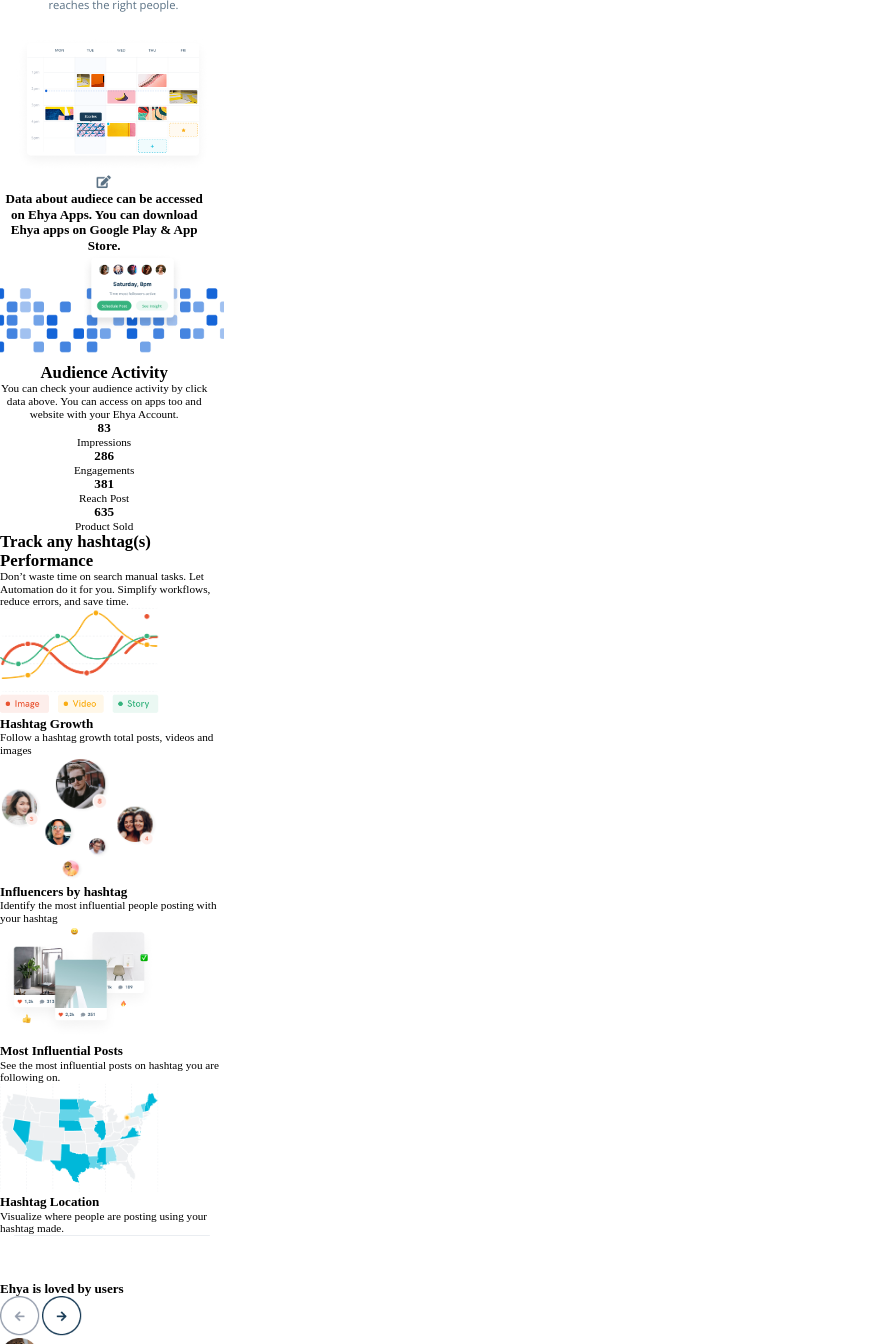
Repository: Eduardo-Tamborelli-Ferreira-lino/FrontEnd
Page: projetos/Prova-CSS/index.html
The author's editor kept a copy of each file at every save. The page is drawn from the files as they stood at one save, then again after the next save.
The browser window is 1280 px wide. The pictures show the part of the page from y = 1859 to 3779 px (the page is 5160 px tall before and 5162 px after), at 70% of full size.

Above is the page before, as saved 2026-03-12 14:10:42.

### projetos/Prova-CSS/index.html
<!DOCTYPE html>
<html lang="en">

<head>
    <meta charset="UTF-8">
    <meta name="viewport" content="width=device-width, initial-scale=1.0">
    <link rel="stylesheet" href="style.css">
    <title>Ehya</title>
</head>

<body>
    <div id="background-start"></div>

    <!-- Construção do Header Para o Desktop e Mobile -->
    <header class="container">
        <div class="logo">
            <img src="./Image/Header/Logo.png" alt="Website brand logo">
        </div>
        <div id="menu-mobile">
            <img src="./Image/Header/Menu_hamburger.png" alt="Hamburger menu for website actions. ">
        </div>
        <div id="menu-desktop">
            <nav>
                <ul>
                    <li><a href="#">Home</a></li>
                    <li><a href="#">Landings</a></li>
                    <li><a href="#">Pages</a></li>
                    <li><a href="#">Docs</a></li>
                    <li><a href="#">Help</a></li>
                    <li><a href="#">Get it now</a></li>
                </ul>
            </nav>
        </div>

    </header>


    <main>

        <section id="hero">

            <div id="hero-content" , class="container">
                <div id="hero-title">
                    <h1>
                        Track Instagram
                        Business Performance
                    </h1>
                </div>
                <div id="hero-subtitle">
                    <p>
                        Ehya is the Instagram analytics platform teams use to stay focused on the goals, track
                        engagement for report your business .
                    </p>
                </div>
                <div id="hero-button">
                    <a href="#">Get 14-Days Trial</a>
                </div>
                <div id="Dashboard">
                    <img src="./Image/Main/Dashboard/Dashboard.png"
                        alt="Dashboard to the Most Imports Information on Brand">
                </div>
            </div>

        </section>

        <section id="partners" , class="container">

            <div id="all-partners">
                <div class="partners-image">
                    <div id="Slack">
                        <img src="./Image/Main/Brands/Slack.png" alt="Image of Partner Slack">
                    </div>
                </div>
                <div class="partners-image">
                    <div id="Netflix">
                        <img src="./Image/Main/Brands/Netflix.png" alt="Image of Partner Netflix">
                    </div>
                </div>
                <div class="partners-image">
                    <div id="Google">
                        <img src="./Image/Main/Brands/Google.png" alt="Image of Partner Google">
                    </div>
                </div>
                <div class="partners-image">
                    <div id="Airbnb">
                        <img src="./Image/Main/Brands/Airbnb.png" alt="Image of Partner Airbnb">
                    </div>
                </div>
                <div class="partners-image">
                    <div id="Uber">
                        <img src="./Image/Main/Brands/Uber.png" alt="Image of Partner Uber">
                    </div>
                </div>




            </div>

        </section>

        <div class="line-divider"></div>

        <section id="main-content" , class="container">

            <div id="Feature">

                <div id="impressions">
                    <div id="impressions-title">
                        <h2>
                            Measure Impressions
                            and Reach Post
                        </h2>
                    </div>
                    <div id="impressions-subtitle">
                        <p>
                            Graphs displaying your performance
                            for metrics like follower
                            evolution, average engagement rate
                            per post and reach
                            and impressions to give you the
                            insights.
                        </p>
                    </div>
                    <div id="impressions-button">
                        <a href="#">Learn More</a>
                        <img src="./Image/Main/Icons/Icon_Arrow.png"
                            alt="Arrow to indicate that the button leads to another page. ">
                    </div>
                    <div id="impressions-graph">
                        <img src="./Image/Main/Graph/Graph.png"
                            alt="Graph of Impressions and Reach History of the Brand">
                    </div>
                </div>

                <div id="schedule">

                    <div id="schedule-title">
                        <h2>
                            Schedule Your Post
                            Whenever You Want
                        </h2>
                    </div>
                    <div id="schedule-subtitle">
                        <p>
                            Publish your content automatically. Built-in features, such as Best Time to Post,
                            Geolocation, User Tag, and more, ensure that your content reaches the right people.
                        </p>
                    </div>
                    <div id="schedule-graph">
                        <img src="./Image/Main/Graph/Week_Graph .png" alt="Graph of week's agenda">
                    </div>
                    <div id="line-divider-schedule"></div>
                    <div id="schedule-help">
                        <img src="./Image/Main/Icons/Icon_pencil.png" alt="icon to indicate editing">
                        <h3>
                            Data about audiece can be accessed on Ehya Apps.
                            You can download Ehya apps on Google Play & App Store.
                        </h3>
                    </div>

                </div>

            </div>

            <div id="audience">

                <div id="audience-image">
                    <img src="./Image/Main/Graph/follows_Graph .png" alt="Audience Viewing Image">
                </div>

                <div id="audience-title">
                    <h2>
                        Audience Activity
                    </h2>
                </div>

                <div id="audience-subtitle">
                    <p>
                        You can check your audience activity by click data above.
                        You can access on apps too and website with your Ehya Account.
                    </p>
                </div>

                <div id="audience-activity">
                    <div class="audience-informations">
                        <h3>
                            83
                        </h3>
                        <p>
                            Impressions
                        </p>
                    </div>
                    <div class="audience-informations">
                        <h3>
                            286
                        </h3>
                        <p>
                            Engagements
                        </p>
                    </div>
                    <div class="audience-informations">
                        <h3>
                            381
                        </h3>
                        <p>
                            Reach Post
                        </p>
                    </div>
                    <div class="audience-informations">
                        <h3>
                            635
                        </h3>
                        <p>
                            Product Sold
                        </p>
                    </div>
                </div>

            </div>

        </section>

        <section id="track-background">

            <section id="track-hashtag" , class="container">

                <div id="track-title">
                    <h2>
                        Track any hashtag(s) Performance
                    </h2>
                </div>
                <div id="track-subtitle">
                    <p>
                        Don’t waste time on search manual tasks. Let Automation do it for you.
                        Simplify workflows, reduce errors, and save time.
                    </p>
                </div>
                <div class="track-card">
                    <div id="card-graph">
                        <img src="./Image/Main/Track-card/Graph-card.png" alt="Graph of hashtag Growth">
                    </div>
                    <div id="Graph-description">
                        <img src="./Image/Main/Track-card/Graph-information.png"
                            alt="Description of each line in the graph">
                    </div>
                    <div class="card-title">
                        <h3>
                            Hashtag Growth
                        </h3>
                    </div>
                    <div class="card-subtitle">
                        <p>
                            Follow a hashtag growth total posts, videos
                            and images
                        </p>
                    </div>
                </div>
                <div class="track-card">
                    <div id="card-image">
                        <img src="./Image/Main/Track-card/Influencers.png" alt="Influencers by hashtag">
                    </div>
                    <div class="card-title">
                        <h3>
                            Influencers by hashtag
                        </h3>
                    </div>
                    <div class="card-subtitle">
                        <p>
                            Identify the most influential people posting with
                            your hashtag
                        </p>
                    </div>
                </div>
                <div class="track-card">
                    <div id="card-posts">
                        <img src="./Image/Main/Track-card/Posts.png" alt="Most Influential Posts">
                    </div>
                    <div class="card-title">
                        <h3>
                            Most Influential Posts
                        </h3>
                    </div>
                    <div class="card-subtitle">
                        <p>
                            See the most influential posts on hashtag you
                            are following on.
                        </p>
                    </div>
                </div>
                <div class="track-card">
                    <div id="card-Map">
                        <img src="./Image/Main/Track-card/Map.png" alt="Map of Hashtag Location">
                    </div>
                    <div class="card-title">
                        <h3>
                            Hashtag Location
                        </h3>
                    </div>
                    <div class="card-subtitle">
                        <p>
                            Visualize where people are posting using your
                            hashtag made.
                        </p>
                    </div>
                </div>
            </section>

            <div class="line-divider"></div>

            <section id="testimonials" , class="container">

                <div id="testimonials-hearder">
                    <div id="testimonials-title">
                        <h3>
                            Ehya is loved by users
                        </h3>
                    </div>
                    <div id="testimonials-arrows">
                        <img src="./Image/Main/testimonials/Button-arrow-left.png"
                            alt="Left Arrom To Move for the last testimonials">
                        <img src="./Image/Main/testimonials/Button-arrow-right.png"
                            alt="Right Arrom To Move for the Next testimonials">
                    </div>
                </div>
                <div id="testimonials-box">
                    <div class="testimonials-card">
                        <div class="card-photos">
                            <img src="./Image/Main/testimonials/Photo-jaquon.png" alt="Photo of Jaquon Hart">
                        </div>
                        <div class="card-stars">
                            <img src="./Image/Main/testimonials/Star-Jaquon.png" alt="User Rating">
                        </div>
                        <div class="testimonials-text">
                            <h5>
                                “With Ehya, we’re able to easily track our performance in full detail.
                                It’s become an essential tool for us to grow and engage with our audience.”
                            </h5>
                        </div>
                        <div class="testimonials-identification">
                            <h4 class="testimonials-name">
                                Jaquon Hart
                            </h4>
                            <p class="testimonials-Job">
                                Digital Marketing Executive, Hypebeast
                            </p>
                        </div>
                    </div>
                    <div class="testimonials-card">
                        <div class="card-photos">
                            <img src="./Image/Main/testimonials/Phto-Harider.png" alt="Photo of Harider Bharwal">
                        </div>
                        <div class="card-stars">
                            <img src="./Image/Main/testimonials/Star-Harider.png" alt="User Rating">
                        </div>
                        <div class="testimonials-text">
                            <h5>
                                “With Ehya, we’re able to easily track our performance in full detail.
                                It’s become an essential tool for us to grow and engage with our audience.”
                            </h5>
                        </div>
                        <div class="testimonials-identification">
                            <h4 class="testimonials-name">
                                Harider Bharwal
                            </h4>
                            <p class="testimonials-Job">
                                Product Manager of Salestation Asia
                            </p>
                        </div>
                    </div>
                </div>

            </section>

        </section>


        <section id="sing-up">

            <div id="sign-box">
                <div id="sign-left-image">
                    <img src="./Image/Main/Sing/Left-side.png" alt="Left Side Images">
                </div>
                <div id="sign-information">
                    <div id="Information-title">
                        <h2>
                            Grow your brand
                            presence on social media.
                        </h2>
                    </div>
                    <div id="Information-text">
                        <p>
                            Try Ehya free for 14 days. No credit card required.
                        </p>
                    </div>
                    <div id="Information-button">
                        <a href="#">Sign Up for Free Trial</a>
                    </div>
                </div>
                <div id="sign-right-image">
                    <img src="./Image/Main/Sing/Right side.png" alt="right Side Images">
                </div>
            </div>

        </section>

    </main>

    <footer>

        <section id="main-footer" , class="container">

            <section id="footer-about">
                <div class="logo">
                    <img src="./Image/Header/Logo.png" alt="Logo of the brand">
                </div>
                <div id="footer-about-description">
                    <p>
                        Build a modern and creative website with crealand
                    </p>
                </div>
                <div id="about-social-icons">
                    <img src="./Image/Footer/Icons/Google-icon.png" alt="Google Icon">
                    <img src="./Image/Footer/Icons/Twitter-icon.png" alt="Twitter Icon">
                    <img src="./Image/Footer/Icons/Instagram-icon.png" alt="Instagram Icon">
                    <img src="./Image/Footer/Icons/linkedin-icon.png" alt="Linkedin Icon">
                </div>
            </section>

            <section id="links-products">
                <div class="links-box">
                    <div class="links-title">
                        Product
                    </div>
                    <div class="links">
                        <nav>
                            <ul>
                                <li><a href="#">Landingpage</a></li>
                                <li><a href="#">Features</a></li>
                                <li><a href="#">Documentation</a></li>
                                <li><a href="#">Referral Program</a></li>
                                <li><a href="#">Pricing</a></li>
                            </ul>
                        </nav>
                    </div>
                </div>
                <div class="links-box">
                    <div class="links-title">
                        Services
                    </div>
                    <div class="links">
                        <nav>
                            <ul>
                                <li><a href="#">Documentation</a></li>
                                <li><a href="#">Design</a></li>
                                <li><a href="#">Themes</a></li>
                                <li><a href="#">Illustrations</a></li>
                                <li><a href="#">UI Kit</a></li>
                            </ul>
                        </nav>
                    </div>
                </div>
                <div class="links-box">
                    <div class="links-title">
                        Company
                    </div>
                    <div class="links">
                        <nav>
                            <ul>
                                <li><a href="#">About</a></li>
                                <li><a href="#">Terms</a></li>
                                <li><a href="#">Privacy Policy</a></li>
                                <li><a href="#">Careers</a></li>
                            </ul>
                        </nav>
                    </div>
                </div>
                <div class="links-box">
                    <div class="links-title">
                        More
                    </div>
                    <div class="links">
                        <nav>
                            <ul>
                                <li><a href="#">Documentation</a></li>
                                <li><a href="#">License</a></li>
                                <li><a href="#">Changelog</a></li>
                            </ul>
                        </nav>
                    </div>
                </div>
            </section>

            <section id="copyright">

                <div id="copyright-heart">
                    <img src="./Image/Footer/Heart/Heart.png" alt="Heart Icon">
                </div>
                <div id="copyright-text">
                    <p>
                        Copyright © 2019. Crafted with love.
                    </p>
                </div>

            </section>

        </section>

    </footer>

</body>

</html>

### projetos/Prova-CSS/style.css
@import url('https://fonts.googleapis.com/css2?family=Inter:ital,opsz,wght@0,14..32,100..900;1,14..32,100..900&family=Open+Sans:ital,wght@0,300..800;1,300..800&display=swap');

*{
    padding: 0;
    margin: 0;
    box-sizing: border-box;
}

:root{
    --Title-font: "Inter";
    --Text-font: "Open Sans";
    --Numbers-color: #FAAD13;
    --title-color:#183B56;
    --Text-color: #5A7184;
    --color-track: #F9FBFE;
    --color-header: rgba(250, 173, 19, 0.1);
    --links-color: #183B56;
}

a{
    text-decoration: none;
    color: var(--links-color);
}

li{
    list-style: none;
    cursor: pointer;
}

body{
    width: 20rem;
    height: 100vh;
}

#background-start{
    width: 20rem;
    height: 36.125rem;
    background-color: var(--color-header);
    position: absolute;
    z-index: -2;
    margin: 0 auto;
    top: 0;
    left: 0;
}

header{
    display: flex;
    justify-content: space-around;
    align-items: center;
    z-index: 10;
    gap: 10.688rem;
    margin: 1.125rem 1.5rem 3rem 1.125rem;
}

#menu-desktop{
    display: none;
}

#hero{
    width: 20rem;
    text-align: center;
}

#hero-title h1{
    font-family: var(--Title-font);
    font-weight: 700;
    font-size: 2rem;
    line-height: 2.5rem;
    letter-spacing: 0.013rem;
    color: var(--title-color);
    margin-bottom: 1.5rem;
}

#hero-subtitle p{
    width: 17.5rem;
    font-family: var(--Text-font);
    color: var(--Text-color);
    font-weight: 400;
    font-size: 1rem;
    line-height: 1.75rem;
    letter-spacing: 0;
    margin: 0 1.25rem 2.5rem 1.25rem;
}

#hero-button{
    display: flex;
    justify-content: center;
    align-items: center;
    width: 12.5rem;
    height: 3rem;
    background-color: #183B56;
    border-radius: 0.5rem;
    margin: 0 3.75rem;
}

#hero-button a{
    color: #FFFFFF;
    font-size: 1rem;
    font-weight: 700;
    line-height: 100%;
    letter-spacing: 0;
    text-align: center;
}

#Dashboard img{
    margin-top: 3rem;
    margin-bottom: 4rem;
}

#partners{
    width: 18.471rem;
    height: 11.344rem;
    margin-left: 0.75rem;
}

#all-partners{
    display: flex;
    gap: 1rem;
    flex-wrap: wrap;
}

.partners-image{
    width: 42%;
    flex-grow: 0;
}

#Uber{
    margin-left: 4.063rem;
}

.line-divider{
    width: 17.5rem;
    height: 0.063rem;
    border-radius: 0.063rem;
    background-color: #E3E7ED;
    margin-left: 1.25rem;
    margin-bottom: 4.031rem;
}

#main-content{
    width: 18.6rem;
    text-align: center;
}

#impressions-title h2{
    width: 17.5rem;
    font-weight: 700;
    font-size: 1.5rem;
    line-height: 2.25rem;
    letter-spacing: 0.013rem;
    color: var(--title-color);
    font-family: var(--Title-font);
    margin: auto 1.375rem;
}

#impressions-subtitle p{
    width: 17.5rem;
    font-family: var(--Text-font);
    font-weight: 400;
    font-size: 1rem;
    line-height: 1.75rem;
    letter-spacing: 0;
    color: var(--Text-color);
    margin: 1.25rem 0 2rem 1.375rem;
}

#impressions-button{
    width: 7.313rem;
    margin: 0 0 2.25rem 6.5rem;
    display: flex;
    justify-content: center;
    align-items: center;
    gap: 0.75rem;
}

#impressions-button a{
    font-weight: 700;
    font-size: 1rem;
    line-height: 100%;
    letter-spacing: 0;
    font-family: var(--Text-font);
    color: #1565D8;
}

#impressions-button img{
    width: 0.688rem;
    height: 0.875rem;
}

#impressions-graph img{
    width: 17.724rem;
    margin-left: 2.188rem;
    margin-bottom: 4.533rem;
}

#schedule-title h2{
    width: 17.5rem;
    font-weight: 700;
    font-size: 1.75rem;
    line-height: 2.25rem;
    letter-spacing: 0.013rem;
    color: var(--title-color);
    font-family: var(--Title-font);
    margin: auto 1.375rem;
}

#schedule-subtitle p{
    width: 17.5rem;
    font-family: var(--Text-font);
    font-weight: 400;
    font-size: 1rem;
    line-height: 1.75rem;
    letter-spacing: 0;
    color: var(--Text-color);
    margin: 1.25rem 0 2rem 1.375rem;
}

#schedule-graph img{
    width: 17.5rem;
    height: 12.108rem;
    margin-left: 1.313rem;
}

#line-divider-schedule{
    width: 17.5rem;
    border: 1px ;
}

.track-card img{
    width: 14.156rem;
}

#sign-box img{
    width: 14.156rem;
}

After the next save:
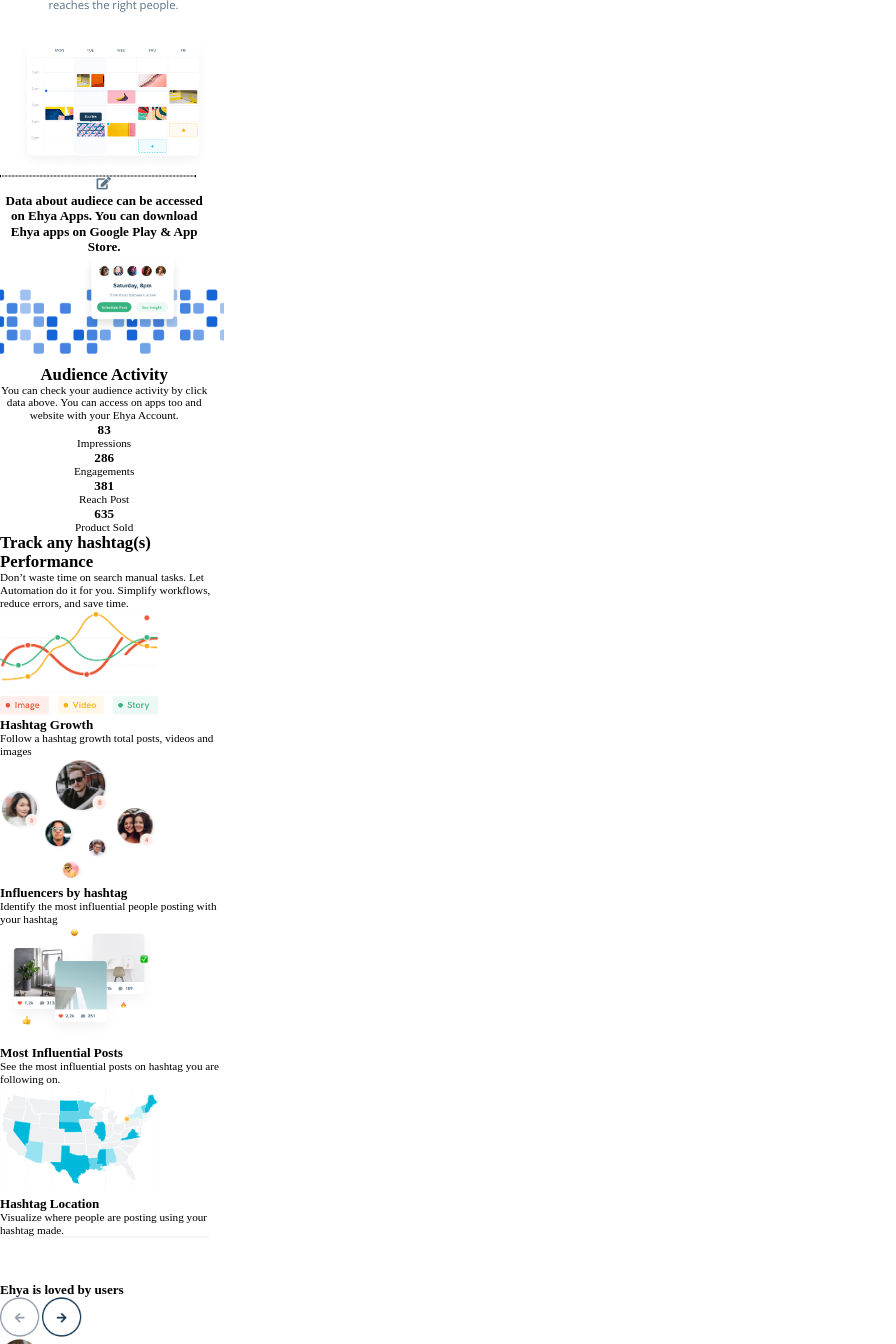
Saved 42 s later.
--- a/projetos/Prova-CSS/style.css
+++ b/projetos/Prova-CSS/style.css
@@ -223,7 +223,7 @@
 
 #line-divider-schedule{
     width: 17.5rem;
-    border: 1px ;
+    border: 1px dotted ;
 }
 
 .track-card img{
